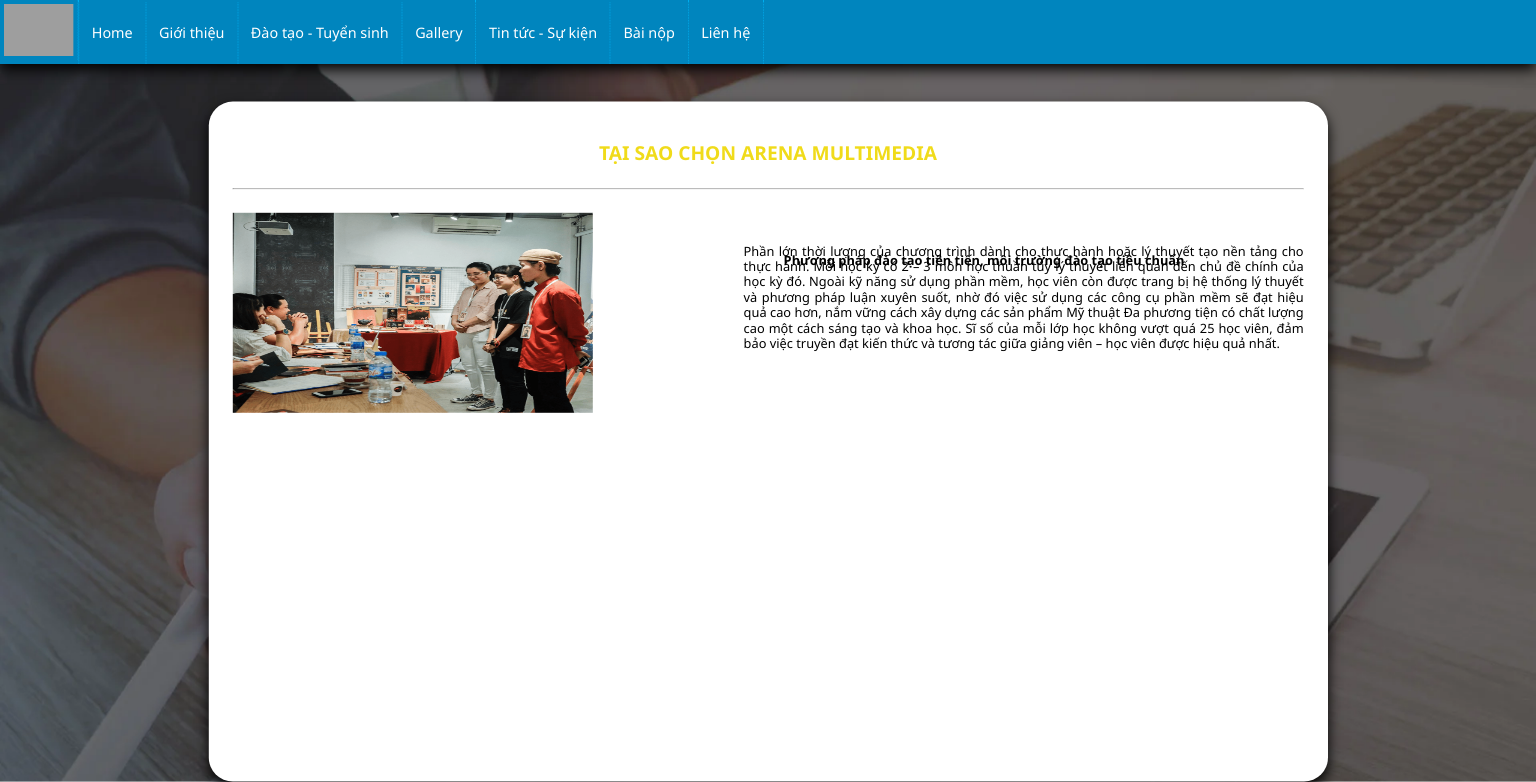
Repository: arena-dttan/dcw-final-exam-d2107m1
Page: final-list/DCW_Final_5_Nguyen-Thi-Thu-Huong_D2107M1/gioi-thieu.html
These files come from the project's save history. The page is drawn as it stood at one moment and after the next save; the edit follows.
The browser window is 1280 px wide. The page is 1920 px wide, so the pictures cover 1920 px, including what lies to the right of the window. The pictures show the whole page, at 80% of full size.
Pictures or frames that could not be fetched are drawn as grey boxes.

Above is the page before, as saved 2022-06-26 15:30:15.

After the next save:
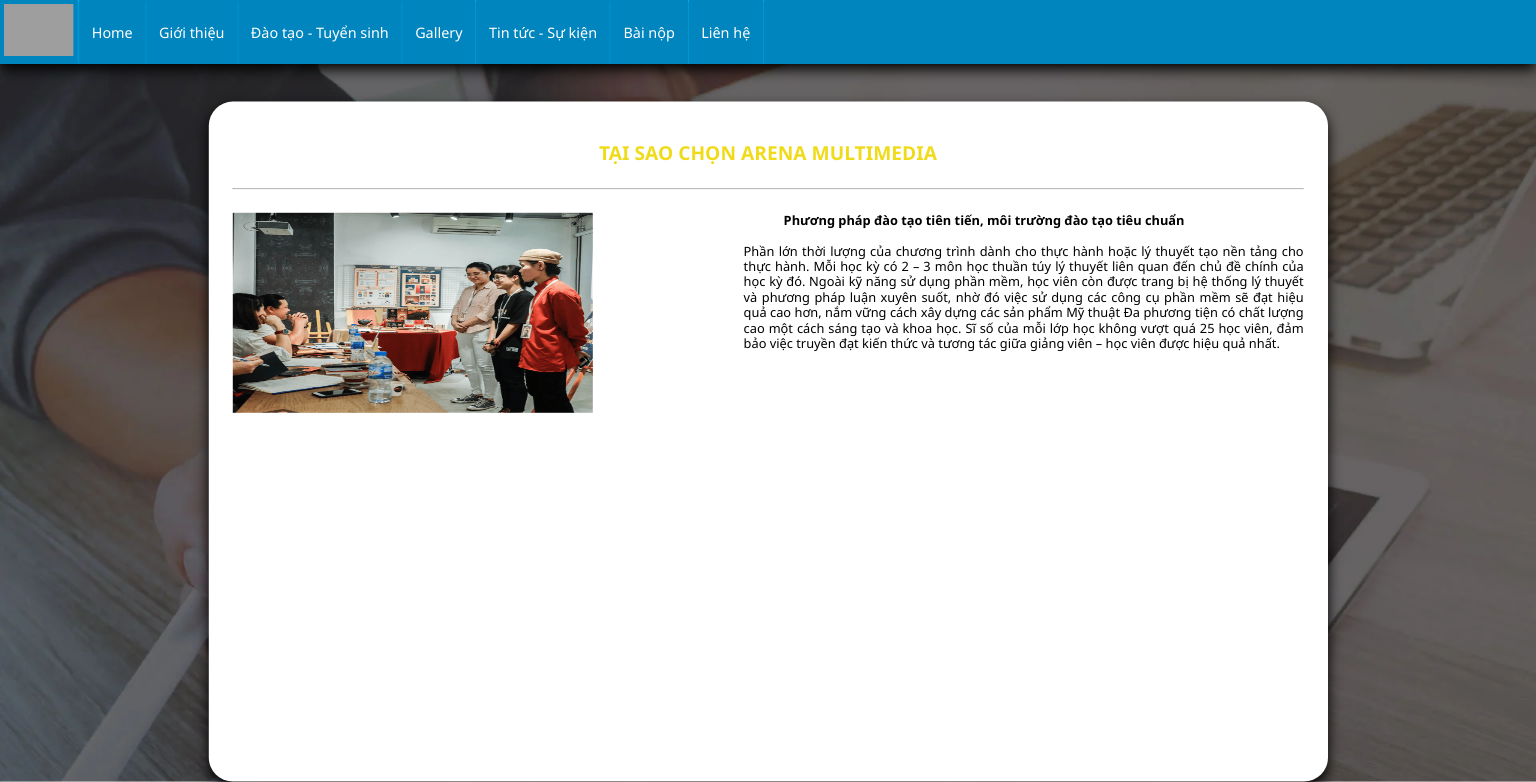
Saved 9 s later.
--- a/final-list/DCW_Final_5_Nguyen-Thi-Thu-Huong_D2107M1/index.css
+++ b/final-list/DCW_Final_5_Nguyen-Thi-Thu-Huong_D2107M1/index.css
@@ -152,7 +152,6 @@
 }
 span {
     position: relative;
-    top: 50px;
     left: 50px;
 }
 img {
